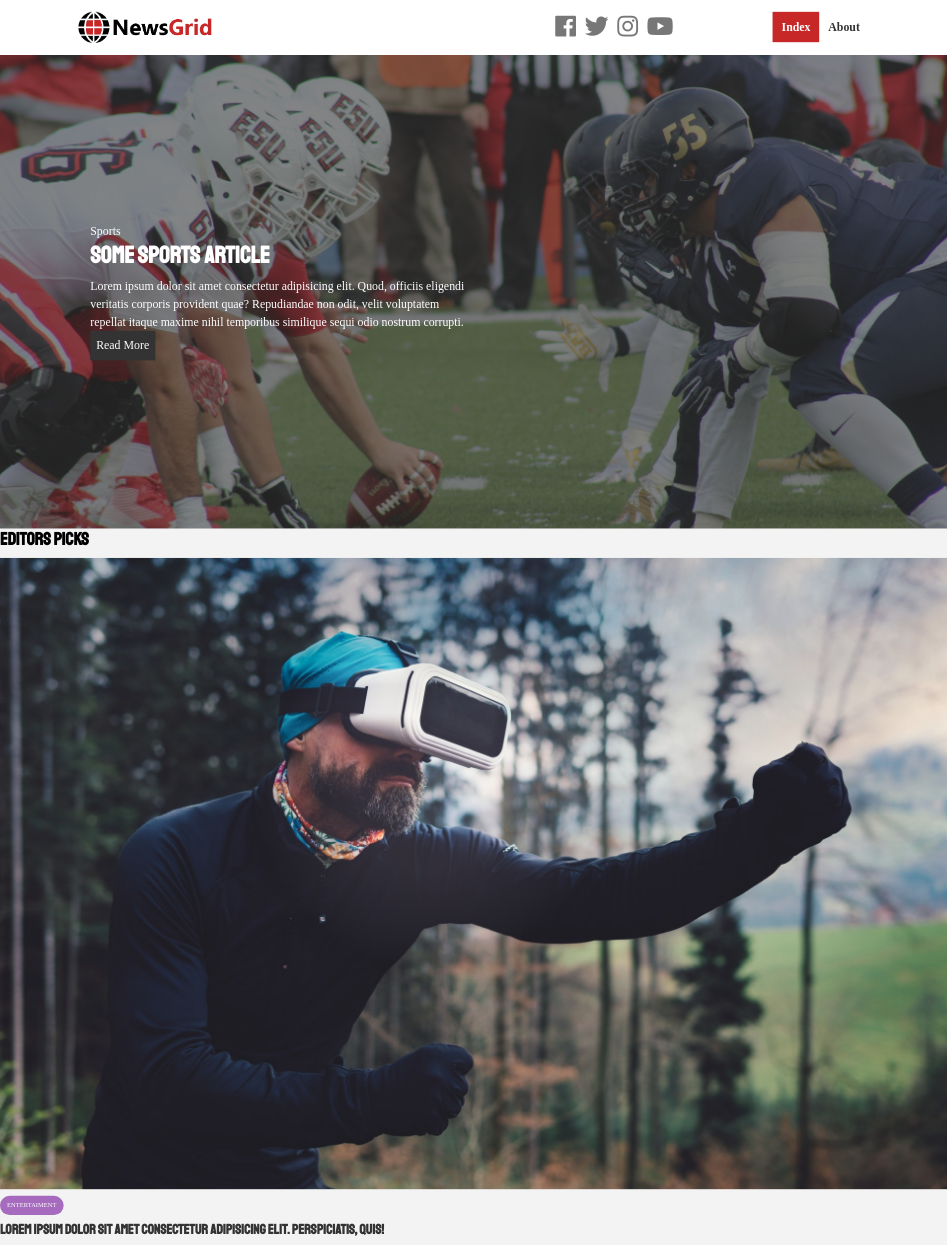
Repository: minhtien9/newsgrid
Page: index.html
These files come from the project's save history. The page is drawn as it stood at one moment and after the next save; the edit follows.
The browser window is 1280 px wide. The pictures show the whole page, at 74% of full size.
Some web libraries are served in a nearby version.

Above is the page before, as saved 2021-08-25 21:09:20.

After the next save:
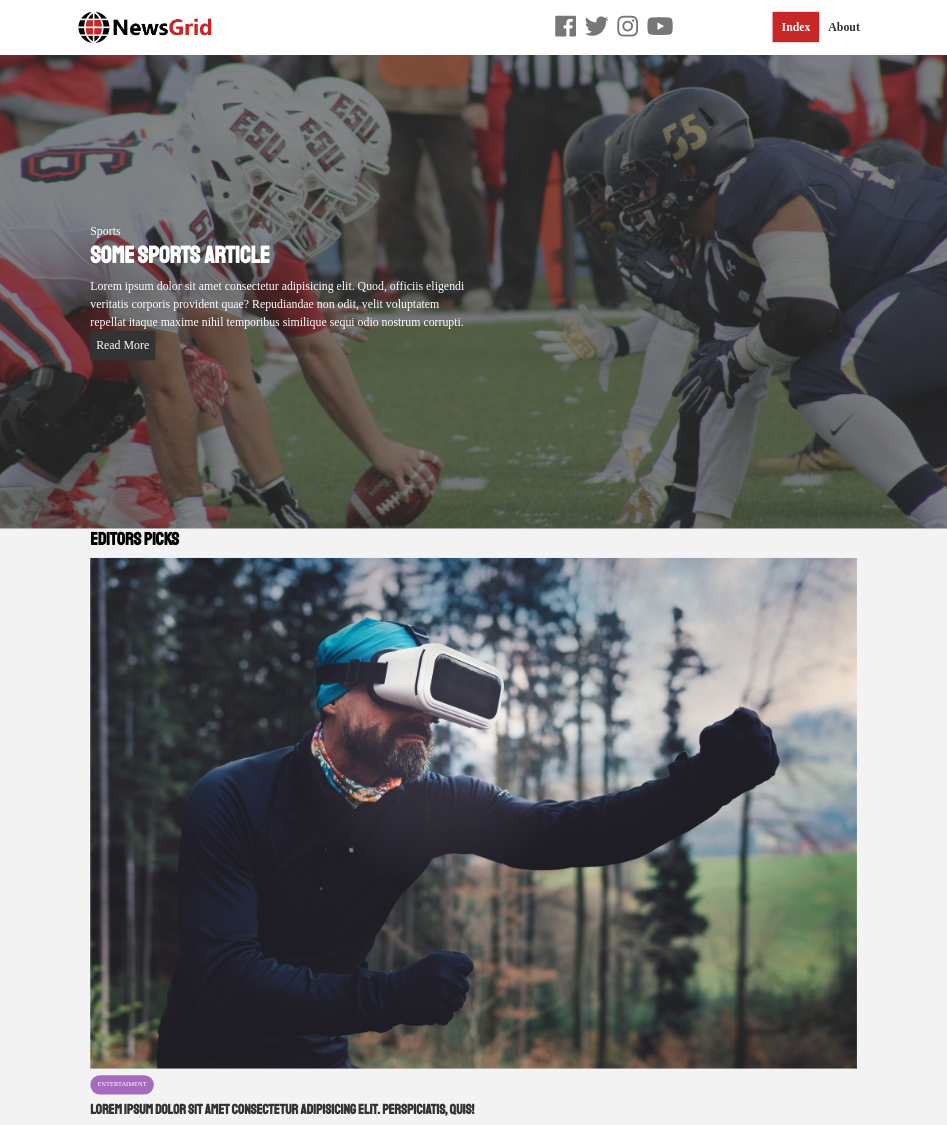
Saved 7 min 3 s later.
--- a/index.html
+++ b/index.html
@@ -51,18 +51,21 @@
     </header>
     <!-- Home Articles -->
     <section id="home-articles" class="py-2">
-        <h2>Editors Picks</h2>
-        <div class="articles-container">
-            <article class="card">
-                <img src="img/articles/ent1.jpg" alt="" />
-                <div>
-                    <div class="category category-ent">Entertaiment</div>
-                    <h3>
-                        <a href="article.html">Lorem ipsum dolor sit amet consectetur adipisicing elit.
-                Perspiciatis, quis!</a
-              >
-            </h3>
-          </div>
+        <div class="container">
+            <h2>Editors Picks</h2>
+            <div class="articles-container">
+                <article class="card">
+                    <img src="img/articles/ent1.jpg" alt="" />
+                    <div>
+                        <div class="category category-ent">Entertaiment</div>
+                        <h3>
+                            <a href="article.html">Lorem ipsum dolor sit amet consectetur adipisicing elit.
+                    Perspiciatis, quis!</a
+                  >
+                </h3>
+              </div>
+        </div>
+
         </article>
       </div>
     </section>
